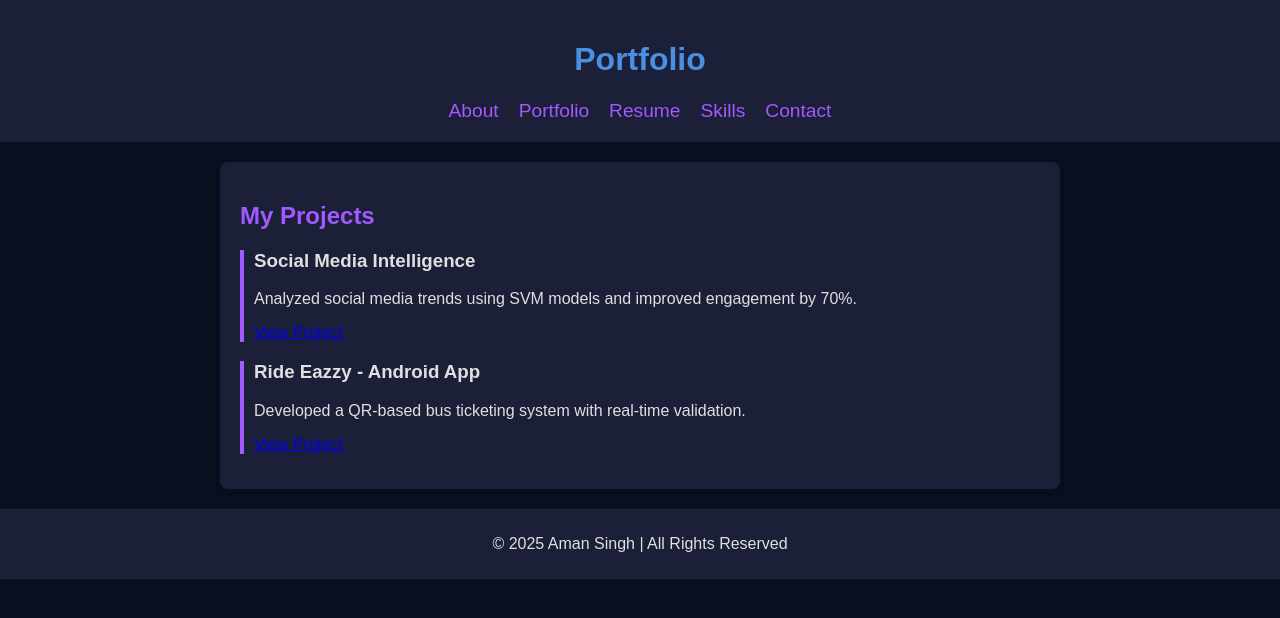
Repository: aman3singh/portfolio
Page: portfolio.html
These files come from the project's save history. The page is drawn as it stood at one moment and after the next save; the edit follows.
The browser window is 1280 px wide. The pictures show the whole page.

Above is the page before, as saved 2025-02-11 18:32:35.

After the next save:
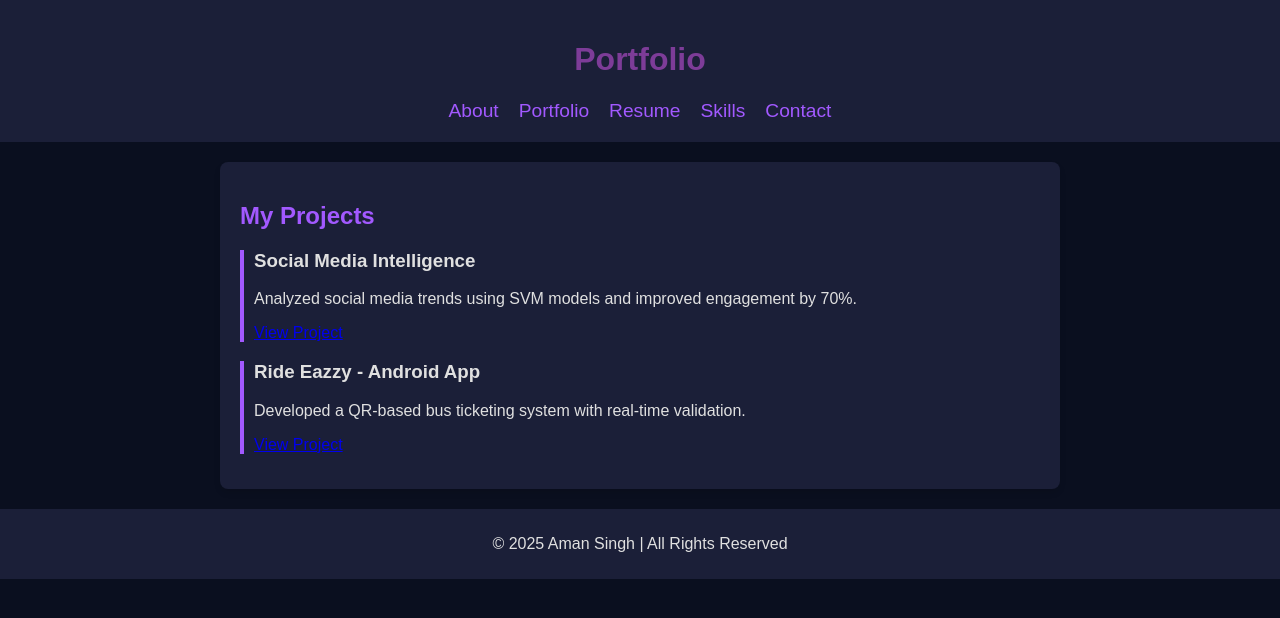
Saved 26 s later.
--- a/styles.css
+++ b/styles.css
@@ -8,7 +8,7 @@ body {
 
 header {
     background-color: #1B1F38;
-    color: 	#4A90E2;
+    color: 	#7D3C98;
     text-align: center;
     padding: 20px;
 }
